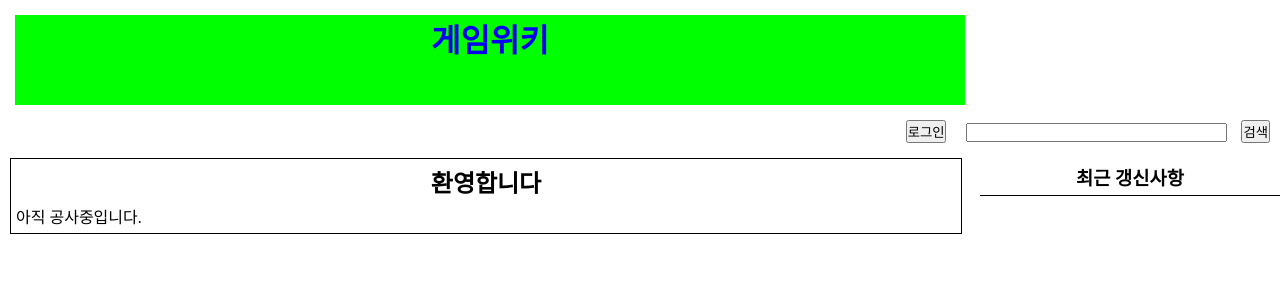
Repository: sithslord/GameWiki
Page: http://localhost/JSPBoard/MainPage/Main.jsp
The author's editor kept a copy of each file at every save. The page is drawn from the files as they stood at one save, then again after the next save.
The browser window is 1280 px wide. The page is 1285 px wide, so the pictures cover 1285 px, including what lies to the right of the window. The pictures show the whole page.
The page is served by Tomcat 9.

Above is the page before, as saved 2018-01-12 02:11:39.

After the next save:
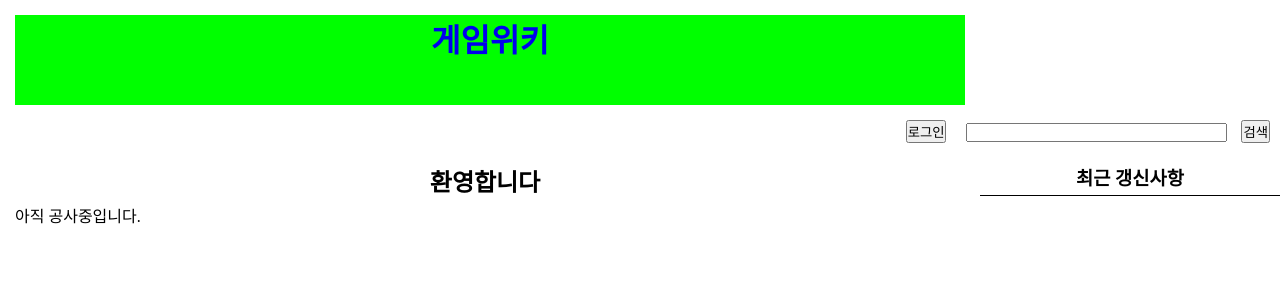
Saved 73 s later.
--- a/ReWork/JSPBoard/WebContent/MainPage/Main.jsp
+++ b/ReWork/JSPBoard/WebContent/MainPage/Main.jsp
@@ -33,8 +33,11 @@ body{
 	float: left;
 	width: 950px;
 	height: auto;
+
+}
+
+#info h3{
 	border: 1px solid black;
-
 }
 
 #news{
